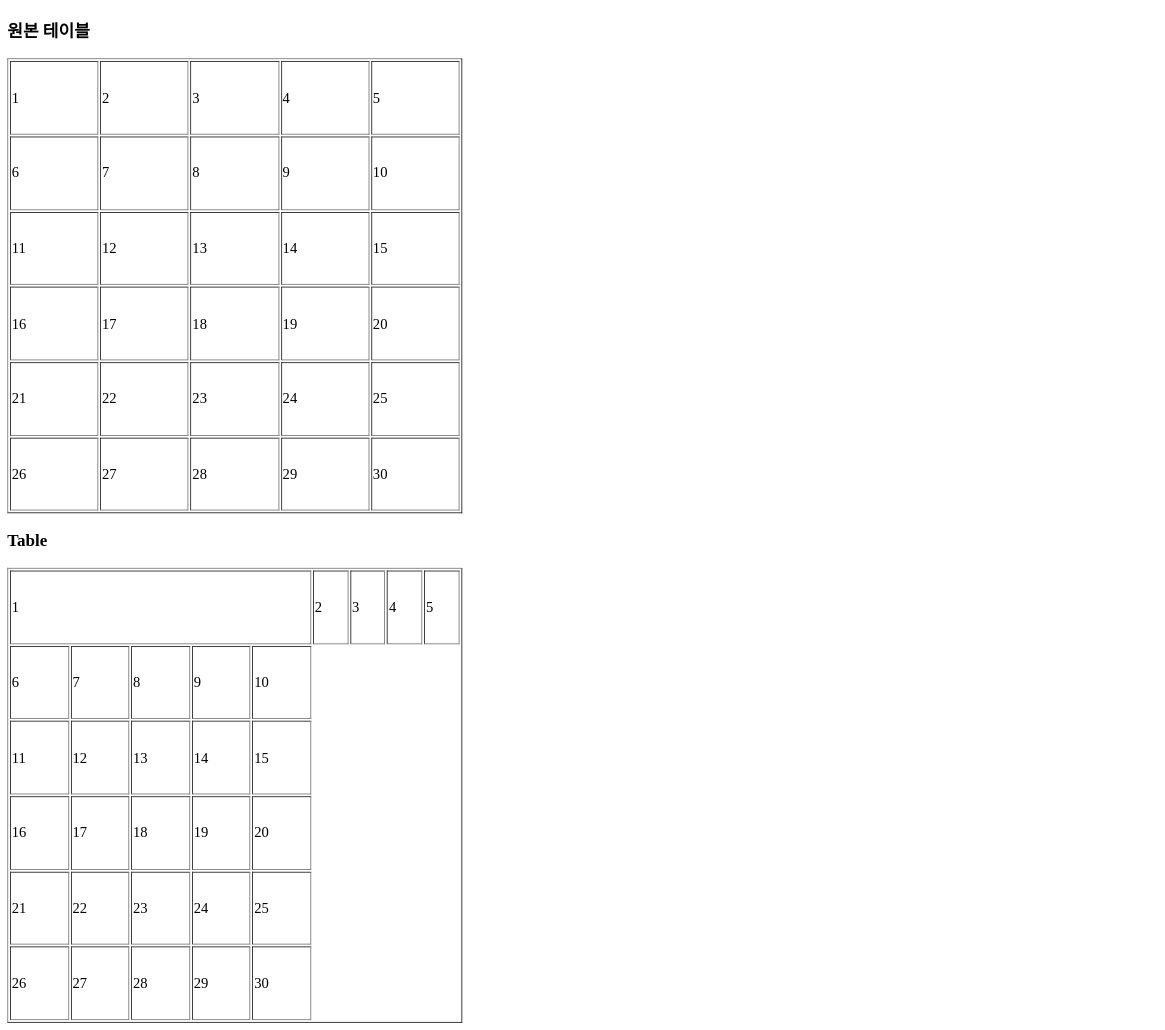
Repository: sujin9335/Front-end
Page: ClientTest/src/main/webapp/html/문제/10.html
These files come from the project's save history. The page is drawn as it stood at one moment and after the next save; the edit follows.
The browser window is 1280 px wide. The pictures show the whole page, at 91% of full size.

Above is the page before, as saved 2023-09-21 02:06:21.

After the next save:
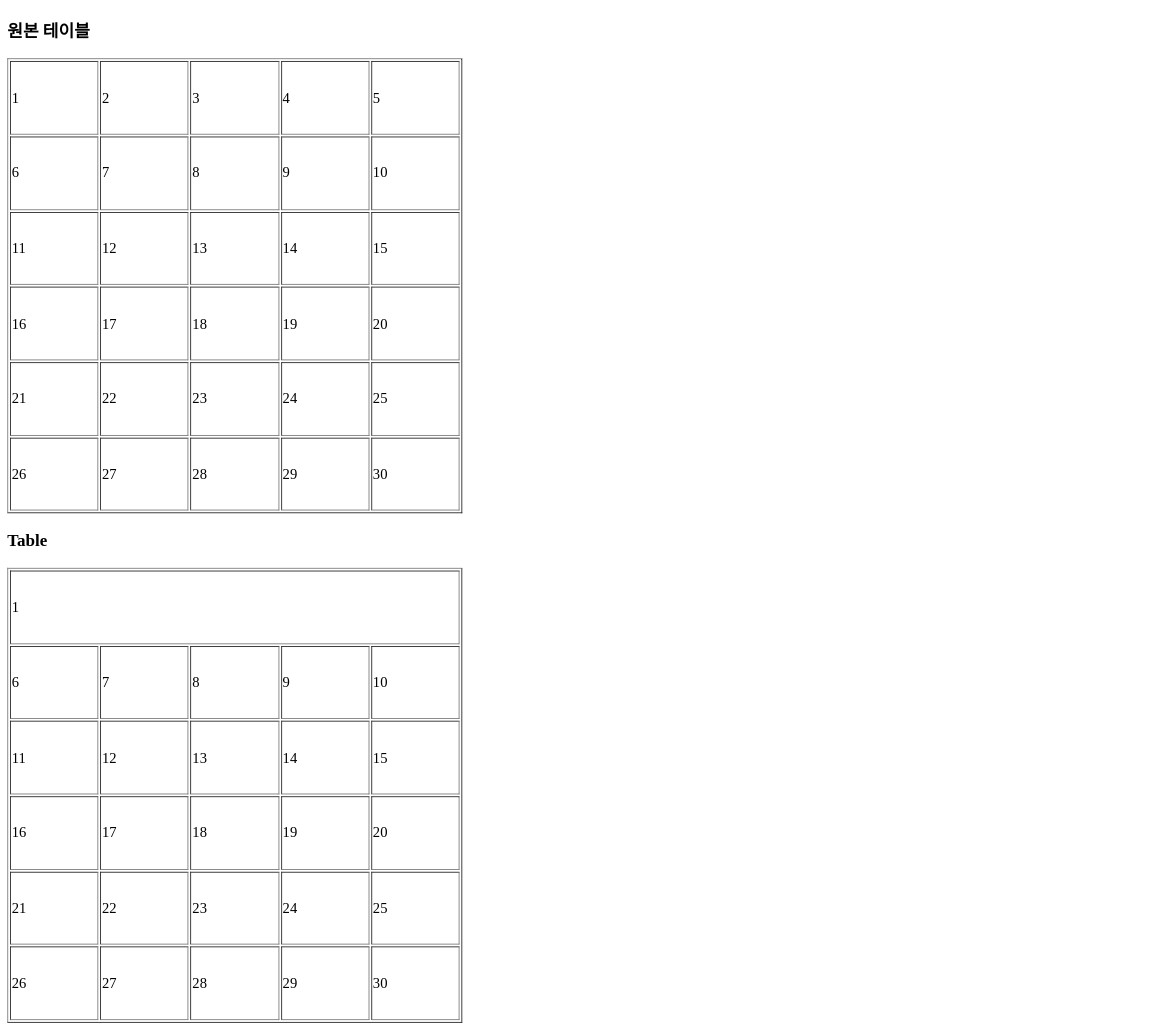
Saved 5 s later.
--- a/ClientTest/src/main/webapp/html/문제/10.html
+++ b/ClientTest/src/main/webapp/html/문제/10.html
@@ -59,10 +59,6 @@
 
 		<tr>
 			<td colspan="5">1</td>
-			<td>2</td>
-			<td>3</td>
-			<td>4</td>
-			<td>5</td>
 		</tr>
 		<tr>
 			<td>6</td>
